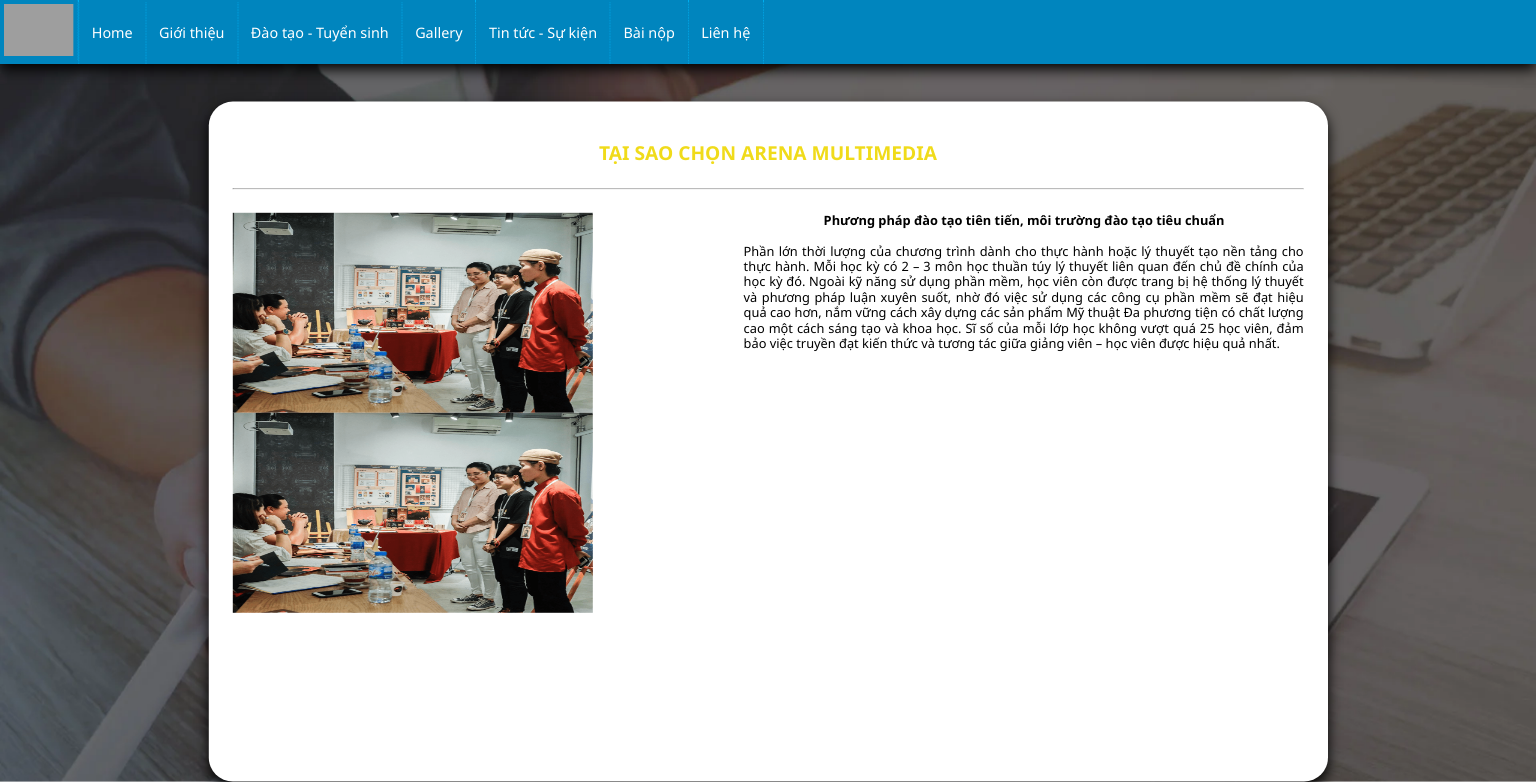
Repository: arena-dttan/dcw-final-exam-d2107m1
Page: final-list/DCW_Final_5_Nguyen-Thi-Thu-Huong_D2107M1/gioi-thieu.html
The author's editor kept a copy of each file at every save. The page is drawn from the files as they stood at one save, then again after a run of saves.
The browser window is 1280 px wide. The page is 1920 px wide, so the pictures cover 1920 px, including what lies to the right of the window. The pictures show the whole page, at 80% of full size.
Pictures or frames that could not be fetched are drawn as grey boxes.

Above is the page before, as saved 2022-06-26 15:34:26.

After the next 3 saves:
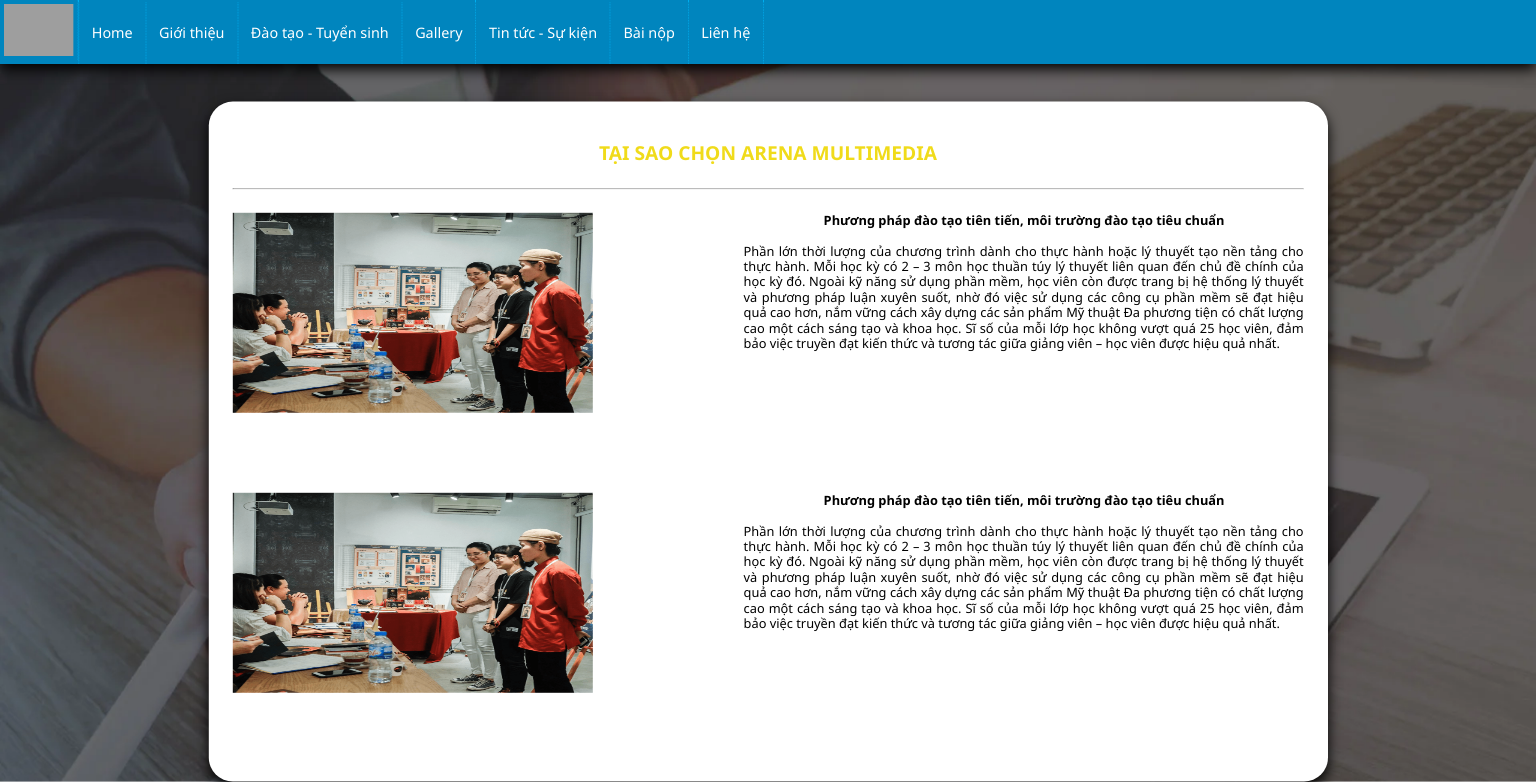
The 3 saves are shown as one change because they came seconds apart.
The last was saved 7 s later.
--- a/final-list/DCW_Final_5_Nguyen-Thi-Thu-Huong_D2107M1/gioi-thieu.html
+++ b/final-list/DCW_Final_5_Nguyen-Thi-Thu-Huong_D2107M1/gioi-thieu.html
@@ -81,6 +81,19 @@
                         Sĩ số của mỗi lớp học không vượt quá 25 học viên, đảm bảo việc truyền đạt
                         kiến thức và tương tác giữa giảng viên – học viên được hiệu quả nhất.</P>
                     </div>
+                    <P>
+                        <b><span>Phương pháp đào tạo tiên tiến, môi trường đào tạo tiêu chuẩn</span></b>
+                        <br>
+                        <br>
+                        Phần lớn thời lượng của chương trình dành cho thực hành hoặc lý thuyết
+                        tạo nền tảng cho thực hành. Mỗi học kỳ có 2 – 3 môn học thuần túy lý thuyết
+                        liên quan đến chủ đề chính của học kỳ đó. Ngoài kỹ năng sử dụng phần
+                        mềm, học viên còn được trang bị hệ thống lý thuyết và phương pháp luận
+                        xuyên suốt, nhờ đó việc sử dụng các công cụ phần mềm sẽ đạt hiệu quả cao
+                        hơn, nắm vững cách xây dựng các sản phẩm Mỹ thuật Đa phương tiện có
+                        chất lượng cao một cách sáng tạo và khoa học.
+                        Sĩ số của mỗi lớp học không vượt quá 25 học viên, đảm bảo việc truyền đạt
+                        kiến thức và tương tác giữa giảng viên – học viên được hiệu quả nhất.</P>
                         <img src="./images/gioi-thieu-1.png" alt="gioi-thieu-1">
 
                     </div>
